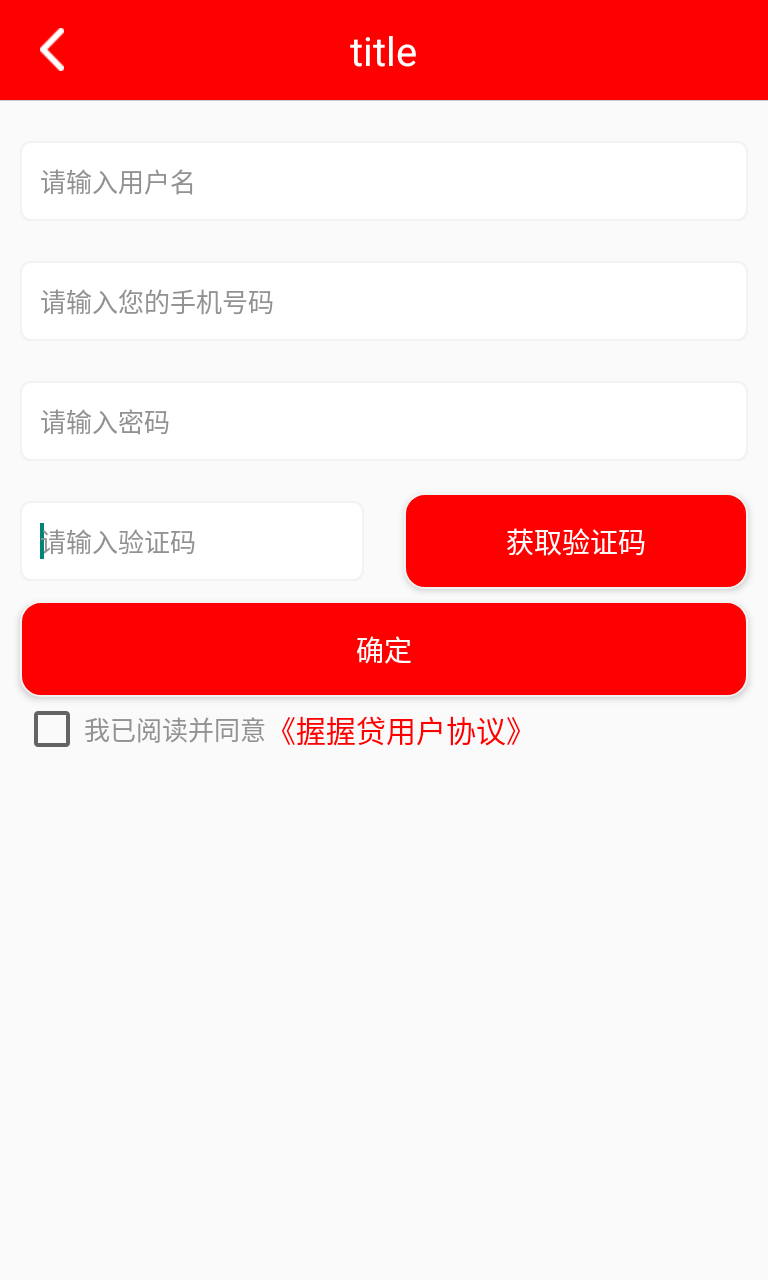
Repository: 971758118/git_wowodai
Layout: wowodai/res/layout/main_register2.xml
The author's editor kept a copy of each file at every save. The layout is drawn from the files as they stood at one save, then again after the next save.
It is drawn on a 768 x 1280 px phone screen (xhdpi) without system bars, with theme AppTheme; the app's code is not run.

Above is the layout before, as saved 2014-11-26 08:22:07.

### wowodai/res/layout/main_register2.xml
<?xml version="1.0" encoding="utf-8"?>
<LinearLayout xmlns:android="http://schemas.android.com/apk/res/android"
    android:layout_width="match_parent"
    android:layout_height="match_parent"
    android:orientation="vertical" >

    <RelativeLayout
        android:layout_width="match_parent"
        android:layout_height="@dimen/titleBar_height"
        android:background="@color/wowodai_text_red" >

        <LinearLayout
            android:id="@+id/layout_head_back"
            android:layout_width="50dp"
            android:layout_height="match_parent"
            android:layout_alignParentLeft="true"
            android:layout_centerVertical="true"
            android:orientation="horizontal" >

            <ImageView
                android:id="@+id/img_head_back"
                android:layout_width="wrap_content"
                android:layout_height="wrap_content"
                android:layout_gravity="center_vertical"
                android:layout_marginLeft="20dp"
                android:src="@drawable/back" />
        </LinearLayout>

        <TextView
            android:id="@+id/tv_head_title"
            android:layout_width="wrap_content"
            android:layout_height="wrap_content"
            android:layout_centerHorizontal="true"
            android:layout_centerVertical="true"
            android:text="title"
            android:textColor="@color/wowodai_text_white"
            android:textSize="20sp" />

        <TextView
            android:id="@+id/tv_head_ok"
            android:layout_width="wrap_content"
            android:layout_height="wrap_content"
            android:layout_alignParentRight="true"
            android:layout_centerVertical="true"
            android:layout_marginRight="20dp"
            android:text="完成"
            android:textColor="@color/wowodai_text_white"
            android:visibility="invisible" />

        <Button
            android:id="@+id/btn_head_ok"
            android:layout_width="wrap_content"
            android:layout_height="wrap_content"
            android:layout_alignParentRight="true"
            android:layout_centerVertical="true"
            android:layout_marginRight="10dp"
            android:textColor="@color/wowodai_text_grey"
            android:textSize="12sp"
            android:visibility="invisible" />
    </RelativeLayout>

    <TextView
        android:layout_width="match_parent"
        android:layout_height="0.5dp"
        android:layout_marginBottom="10dp"
        android:background="#cccccc" />

    <EditText
        android:id="@+id/et_name"
        android:layout_width="match_parent"
        android:layout_height="40dp"
        android:layout_margin="10dp"
        android:background="@drawable/shape_round_all"
        android:ems="10"
        android:hint="请输入用户名"
        android:paddingLeft="10dp"
        android:textColorHint="@color/wowodai_text_gray"
        android:textSize="13sp" >

        <requestFocus />
    </EditText>

    <EditText
        android:id="@+id/et_phone"
        android:layout_width="match_parent"
        android:layout_height="40dp"
        android:layout_margin="10dp"
        android:background="@drawable/shape_round_all"
        android:ems="10"
        android:hint="请输入您的手机号码"
        android:inputType="number"
        android:paddingLeft="10dp"
        android:textColorHint="@color/wowodai_text_gray"
        android:textSize="13sp" >

        <requestFocus />
    </EditText>

    <EditText
        android:id="@+id/et_pswd"
        android:layout_width="match_parent"
        android:layout_height="40dp"
        android:layout_margin="10dp"
        android:background="@drawable/shape_round_all"
        android:ems="10"
        android:hint="请输入密码"
        android:inputType="textPassword"
        android:paddingLeft="10dp"
        android:textColorHint="@color/wowodai_text_gray"
        android:textSize="13sp" >

        <requestFocus />
    </EditText>

    <LinearLayout
        android:layout_width="match_parent"
        android:layout_height="wrap_content"
        android:gravity="center_vertical"
        android:orientation="horizontal" >

        <EditText
            android:id="@+id/et_code"
            android:layout_width="0dp"
            android:layout_height="40dp"
            android:layout_margin="10dp"
            android:layout_weight="1"
            android:background="@drawable/shape_round_all"
            android:ems="10"
            android:hint="请输入验证码"
            android:inputType="number"
            android:paddingLeft="10dp"
            android:textColorHint="@color/wowodai_text_gray"
            android:textSize="13sp" >

            <requestFocus />
        </EditText>

        <Button
            android:id="@+id/btn_identifyingCode"
            android:layout_width="0dp"
            android:layout_height="wrap_content"
            android:layout_marginLeft="10dp"
            android:layout_marginRight="10dp"
            android:layout_weight="1"
            android:background="@drawable/shape_button_login"
            android:text="获取验证码"
            android:textColor="@color/wowodai_text_white" />
    </LinearLayout>

    <Button
        android:id="@+id/btn_ok"
        android:layout_width="match_parent"
        android:layout_height="wrap_content"
        android:layout_marginLeft="10dp"
        android:layout_marginRight="10dp"
        android:background="@drawable/shape_button_login"
        android:text="确定"
        android:textColor="@color/wowodai_text_white" />

    <LinearLayout
        android:layout_width="match_parent"
        android:layout_height="wrap_content" >

        <CheckBox
            android:id="@+id/ckb_ok"
            android:layout_width="wrap_content"
            android:layout_height="wrap_content"
            android:layout_gravity="center_vertical"
            android:layout_marginLeft="10dp"
            android:text="我已阅读并同意"
            android:textColor="@color/wowodai_text_gray"
            android:textSize="13sp" />

        <TextView
            android:id="@+id/tv_agreement"
            android:layout_width="wrap_content"
            android:layout_height="wrap_content"
            android:layout_gravity="center_vertical"
            android:text="《握握贷用户协议》"
            android:textColor="@color/wowodai_text_red"
            android:textSize="15sp" />
    </LinearLayout>

</LinearLayout>

### wowodai/res/values/styles.xml
<resources>

    <style name="AppTheme" parent="AppBaseTheme">
        <item name="android:windowNoTitle">true</item>
    </style>
    <!-- 自定义进度条 -->
    <style name="MyProgressBar" parent="@android:style/Widget.ProgressBar.Horizontal">
        <item name="android:maxHeight">50dip</item>
        <item name="android:minHeight">8dip</item>
        <item name="android:indeterminateOnly">false</item>
        <item name="android:indeterminateDrawable">@android:drawable/progress_indeterminate_horizontal</item>
        <item name="android:progressDrawable">@drawable/my_progressbar</item>
    </style>

    <!-- 九宫格锁屏 -->
    <style name="ButtonGreen" parent="@android:style/Widget.Button">
        <item name="android:textSize">18.0sp</item>
        <item name="android:textColor">@drawable/lockpattern_skin_color_button</item>
        <item name="android:background">@drawable/lockpattern_common_btn_green</item>
    </style>

    <!-- 九宫格锁屏 -->
    <style name="ButtonRed" parent="@android:style/Widget.Button">
        <item name="android:textSize">18.0sp</item>
        <item name="android:textColor">@drawable/lockpattern_skin_color_button</item>
        <item name="android:background">@drawable/lockpattern_common_btn_red</item>
    </style>

</resources>

### wowodai/res/values/dimens.xml
<resources>

    <!-- Default screen margins, per the Android Design guidelines. -->
    <dimen name="activity_horizontal_margin">16dp</dimen>
    <dimen name="activity_vertical_margin">16dp</dimen>
    <dimen name="titleBar_height">50dp</dimen>
    <dimen name="listItem_height">60dp</dimen>
    <dimen name="menu_height">60dp</dimen>

</resources>

### wowodai/res/values/colors.xml
<resources>

    <drawable name="trans">@color/color_hei_8</drawable>

    <color name="wowodai_text_black">#333333</color>
    <color name="wowodai_text_white">#ffffff</color>
    <color name="wowodai_text_gray">#929292</color>
    <color name="wowodai_text_grey">#CCCCCC</color>
    <color name="wowodai_text_red">#ff0000</color>
    <color name="wowodai_text_hint">#cccccc</color>
    <color name="gesture_background">#ff303237</color>
    <color name="color_hei_8">#00000000</color>
    <color name="title_bar">#FF0000</color>
    <color name="white">#ffffff</color>
    <!-- 白色 -->
    <color name="ivory">#FFFFF0</color>
    <!-- 象牙色 -->
    <color name="lightyellow">#FFFFE0</color>
    <!-- 亮黄色 -->
    <color name="yellow">#FFFF00</color>
    <!-- 黄色 -->
    <color name="snow">#FFFAFA</color>
    <!-- 雪白色 -->
    <color name="floralwhite">#FFFAF0</color>
    <!-- 花白色 -->
    <color name="lemonchiffon">#FFFACD</color>
    <!-- 柠檬绸色 -->
    <color name="cornsilk">#FFF8DC</color>
    <!-- 米绸色 -->
    <color name="seashell">#FFF5EE</color>
    <!-- 海贝色 -->
    <color name="lavenderblush">#FFF0F5</color>
    <!-- 淡紫红 -->
    <color name="papayawhip">#FFEFD5</color>
    <!-- 番木色 -->
    <color name="blanchedalmond">#FFEBCD</color>
    <!-- 白杏色 -->
    <color name="mistyrose">#FFE4E1</color>
    <!-- 浅玫瑰色 -->
    <color name="bisque">#FFE4C4</color>
    <!-- 桔黄色 -->
    <color name="moccasin">#FFE4B5</color>
    <!-- 鹿皮色 -->
    <color name="navajowhite">#FFDEAD</color>
    <!-- 纳瓦白 -->
    <color name="peachpuff">#FFDAB9</color>
    <!-- 桃色 -->
    <color name="gold">#FFD700</color>
    <!-- 金色 -->
    <color name="pink">#FFC0CB</color>
    <!-- 粉红色 -->
    <color name="lightpink">#FFB6C1</color>
    <!-- 亮粉红色 -->
    <color name="orange">#FFA500</color>
    <!-- 橙色 -->
    <color name="lightsalmon">#FFA07A</color>
    <!-- 亮肉色 -->
    <color name="darkorange">#FF8C00</color>
    <!-- 暗桔黄色 -->
    <color name="coral">#FF7F50</color>
    <!-- 珊瑚色 -->
    <color name="hotpink">#FF69B4</color>
    <!-- 热粉红色 -->
    <color name="tomato">#FF6347</color>
    <!-- 西红柿色 -->
    <color name="orangered">#FF4500</color>
    <!-- 红橙色 -->
    <color name="deeppink">#FF1493</color>
    <!-- 深粉红色 -->
    <color name="fuchsia">#FF00FF</color>
    <!-- 紫红色 -->
    <color name="magenta">#FF00FF</color>
    <!-- 红紫色 -->
    <color name="red">#FF0000</color>
    <!-- 红色 -->
    <color name="oldlace">#FDF5E6</color>
    <!-- 老花色 -->
    <color name="lightgoldenrodyellow">#FAFAD2</color>
    <!-- 亮金黄色 -->
    <color name="linen">#FAF0E6</color>
    <!-- 亚麻色 -->
    <color name="antiquewhite">#FAEBD7</color>
    <!-- 古董白 -->
    <color name="salmon">#FA8072</color>
    <!-- 鲜肉色 -->
    <color name="ghostwhite">#F8F8FF</color>
    <!-- 幽灵白 -->
    <color name="mintcream">#F5FFFA</color>
    <!-- 薄荷色 -->
    <color name="whitesmoke">#F5F5F5</color>
    <!-- 烟白色 -->
    <color name="beige">#F5F5DC</color>
    <!-- 米色 -->
    <color name="wheat">#F5DEB3</color>
    <!-- 浅黄色 -->
    <color name="sandybrown">#F4A460</color>
    <!-- 沙褐色 -->
    <color name="azure">#F0FFFF</color>
    <!-- 天蓝色 -->
    <color name="honeydew">#F0FFF0</color>
    <!-- 蜜色 -->
    <color name="aliceblue">#F0F8FF</color>
    <!-- 艾利斯兰 -->
    <color name="khaki">#F0E68C</color>
    <!-- 黄褐色 -->
    <color name="lightcoral">#F08080</color>
    <!-- 亮珊瑚色 -->
    <color name="palegoldenrod">#EEE8AA</color>
    <!-- 苍麒麟色 -->
    <color name="violet">#EE82EE</color>
    <!-- 紫罗兰色 -->
    <color name="darksalmon">#E9967A</color>
    <!-- 暗肉色 -->
    <color name="lavender">#E6E6FA</color>
    <!-- 淡紫色 -->
    <color name="lightcyan">#E0FFFF</color>
    <!-- 亮青色 -->
    <color name="burlywood">#DEB887</color>
    <!-- 实木色 -->
    <color name="plum">#DDA0DD</color>
    <!-- 洋李色 -->
    <color name="gainsboro">#DCDCDC</color>
    <!-- 淡灰色 -->
    <color name="crimson">#DC143C</color>
    <!-- 暗深红色 -->
    <color name="palevioletred">#DB7093</color>
    <!-- 苍紫罗兰色 -->
    <color name="goldenrod">#DAA520</color>
    <!-- 金麒麟色 -->
    <color name="orchid">#DA70D6</color>
    <!-- 淡紫色 -->
    <color name="thistle">#D8BFD8</color>
    <!-- 蓟色 -->
    <color name="lightgray">#D3D3D3</color>
    <!-- 亮灰色 -->
    <color name="lightgrey">#D3D3D3</color>
    <!-- 亮灰色 -->
    <color name="tan">#D2B48C</color>
    <!-- 茶色 -->
    <color name="chocolate">#D2691E</color>
    <!-- 巧可力色 -->
    <color name="peru">#CD853F</color>
    <!-- 秘鲁色 -->
    <color name="indianred">#CD5C5C</color>
    <!-- 印第安红 -->
    <color name="mediumvioletred">#C71585</color>
    <!-- 中紫罗兰色 -->
    <color name="silver">#C0C0C0</color>
    <!-- 银色 -->
    <color name="darkkhaki">#BDB76B</color>
    <!-- 暗黄褐色 -->
    <color name="rosybrown">#BC8F8F</color>
    <!-- 褐玫瑰红 -->
    <color name="mediumorchid">#BA55D3</color>
    <!-- 中粉紫色 -->
    <color name="darkgoldenrod">#B8860B</color>
    <!-- 暗金黄色 -->
    <color name="firebrick">#B22222</color>
    <!-- 火砖色 -->
    <color name="powderblue">#B0E0E6</color>
    <!-- 粉蓝色 -->
    <color name="lightsteelblue">#B0C4DE</color>
    <!-- 亮钢兰色 -->
    <color name="paleturquoise">#AFEEEE</color>
    <!-- 苍宝石绿 -->
    <color name="greenyellow">#ADFF2F</color>
    <!-- 黄绿色 -->
    <color name="lightblue">#ADD8E6</color>
    <!-- 亮蓝色 -->
    <color name="darkgray">#A9A9A9</color>
    <!-- 暗灰色 -->
    <color name="darkgrey">#A9A9A9</color>
    <!-- 暗灰色 -->
    <color name="brown">#A52A2A</color>
    <!-- 褐色 -->
    <color name="sienna">#A0522D</color>
    <!-- 赭色 -->
    <color name="darkorchid">#9932CC</color>
    <!-- 暗紫色 -->
    <color name="palegreen">#98FB98</color>
    <!-- 苍绿色 -->
    <color name="darkviolet">#9400D3</color>
    <!-- 暗紫罗兰色 -->
    <color name="mediumpurple">#9370DB</color>
    <!-- 中紫色 -->
    <color name="lightgreen">#90EE90</color>
    <!-- 亮绿色 -->
    <color name="darkseagreen">#8FBC8F</color>
    <!-- 暗海兰色 -->
    <color name="saddlebrown">#8B4513</color>
    <!-- 重褐色 -->
    <color name="darkmagenta">#8B008B</color>
    <!-- 暗洋红 -->
    <color name="darkred">#8B0000</color>
    <!-- 暗红色 -->
    <color name="blueviolet">#8A2BE2</color>
    <!-- 紫罗兰蓝色 -->
    <color name="lightskyblue">#87CEFA</color>
    <!-- 亮天蓝色 -->
    <color name="skyblue">#87CEEB</color>
    <!-- 天蓝色 -->
    <color name="gray">#808080</color>
    <!-- 灰色 -->
    <color name="grey">#808080</color>
    <!-- 灰色 -->
    <color name="olive">#808000</color>
    <!-- 橄榄色 -->
    <color name="purple">#800080</color>
    <!-- 紫色 -->
    <color name="maroon">#800000</color>
    <!-- 粟色 -->
    <color name="aquamarine">#7FFFD4</color>
    <!-- 碧绿色 -->
    <color name="chartreuse">#7FFF00</color>
    <!-- 黄绿色 -->
    <color name="lawngreen">#7CFC00</color>
    <!-- 草绿色 -->
    <color name="mediumslateblue">#7B68EE</color>
    <!-- 中暗蓝色 -->
    <color name="lightslategray">#778899</color>
    <!-- 亮蓝灰 -->
    <color name="lightslategrey">#778899</color>
    <!-- 亮蓝灰 -->
    <color name="slategray">#708090</color>
    <!-- 灰石色 -->
    <color name="slategrey">#708090</color>
    <!-- 灰石色 -->
    <color name="olivedrab">#6B8E23</color>
    <!-- 深绿褐色 -->
    <color name="slateblue">#6A5ACD</color>
    <!-- 石蓝色 -->
    <color name="dimgray">#696969</color>
    <!-- 暗灰色 -->
    <color name="dimgrey">#696969</color>
    <!-- 暗灰色 -->
    <color name="mediumaquamarine">#66CDAA</color>
    <!-- 中绿色 -->
    <color name="cornflowerblue">#6495ED</color>
    <!-- 菊兰色 -->
    <color name="cadetblue">#5F9EA0</color>
    <!-- 军兰色 -->
    <color name="darkolivegreen">#556B2F</color>
    <!-- 暗橄榄绿 -->
    <color name="indigo">#4B0082</color>
    <!-- 靛青色 -->
    <color name="mediumturquoise">#48D1CC</color>
    <!-- 中绿宝石 -->
    <color name="darkslateblue">#483D8B</color>
    <!-- 暗灰蓝色 -->
    <color name="steelblue">#4682B4</color>
    <!-- 钢兰色 -->
    <color name="royalblue">#4169E1</color>
    <!-- 皇家蓝 -->
    <color name="turquoise">#40E0D0</color>
    <!-- 青绿色 -->
    <color name="mediumseagreen">#3CB371</color>
    <!-- 中海蓝 -->
    <color name="limegreen">#32CD32</color>
    <!-- 橙绿色 -->
    <color name="darkslategray">#2F4F4F</color>
    <!-- 暗瓦灰色 -->
    <color name="darkslategrey">#2F4F4F</color>
    <!-- 暗瓦灰色 -->
    <color name="seagreen">#2E8B57</color>
    <!-- 海绿色 -->
    <color name="forestgreen">#228B22</color>
    <!-- 森林绿 -->
    <color name="lightseagreen">#20B2AA</color>
    <!-- 亮海蓝色 -->
    <color name="dodgerblue">#1E90FF</color>
    <!-- 闪兰色 -->
    <color name="midnightblue">#191970</color>
    <!-- 中灰兰色 -->
    <color name="aqua">#00FFFF</color>
    <!-- 浅绿色 -->
    <color name="cyan">#00FFFF</color>
    <!-- 青色 -->
    <color name="springgreen">#00FF7F</color>
    <!-- 春绿色 -->
    <color name="lime">#00FF00</color>
    <!-- 酸橙色 -->
    <color name="mediumspringgreen">#00FA9A</color>
    <!-- 中春绿色 -->
    <color name="darkturquoise">#00CED1</color>
    <!-- 暗宝石绿 -->
    <color name="deepskyblue">#00BFFF</color>
    <!-- 深天蓝色 -->
    <color name="darkcyan">#008B8B</color>
    <!-- 暗青色 -->
    <color name="teal">#008080</color>
    <!-- 水鸭色 -->
    <color name="green">#008000</color>
    <!-- 绿色 -->
    <color name="darkgreen">#006400</color>
    <!-- 暗绿色 -->
    <color name="blue">#0000FF</color>
    <!-- 蓝色 -->
    <color name="mediumblue">#0000CD</color>
    <!-- 中兰色 -->
    <color name="darkblue">#00008B</color>
    <!-- 暗蓝色 -->
    <color name="navy">#000080</color>
    <!-- 海军色 -->
    <color name="black">#000000</color>
    <!-- 黑色 -->

</resources>

### wowodai/res/drawable/shape_round_all.xml
<shape xmlns:android="http://schemas.android.com/apk/res/android"
    android:shape="rectangle" >

    <!-- android:shape 默认为矩形，可以设置为矩形（rectangle）、椭圆形(oval)、线性形状(line)、环形(ring) -->


    <!-- 填充颜色 -->
    <solid android:color="#ffffff" />

    <!-- 描边 -->
    <stroke
        android:width="1dip"
        android:color="#f2f2f2" />

    <!-- 内边距 -->
    <padding
        android:bottom="0dip"
        android:left="0dip"
        android:right="0dip"
        android:top="0dip" />

    <!-- 圆角 -->
    <corners android:radius="5dp" />

</shape>

### wowodai/res/drawable/shape_button_login.xml
<shape xmlns:android="http://schemas.android.com/apk/res/android"
    android:shape="rectangle" >

    <solid android:color="#ff0000" />

    <stroke
        android:width="1dip"
        android:color="#f2f2f2" />

    <padding
        android:bottom="0dp"
        android:left="0dp"
        android:right="0dp"
        android:top="0dp" />

    <corners android:radius="10dp" />

</shape>

Loaded but not shown: wowodai/res/values-v11/styles.xml (common file); wowodai/res/values-v14/styles.xml (common file)

After the next save:
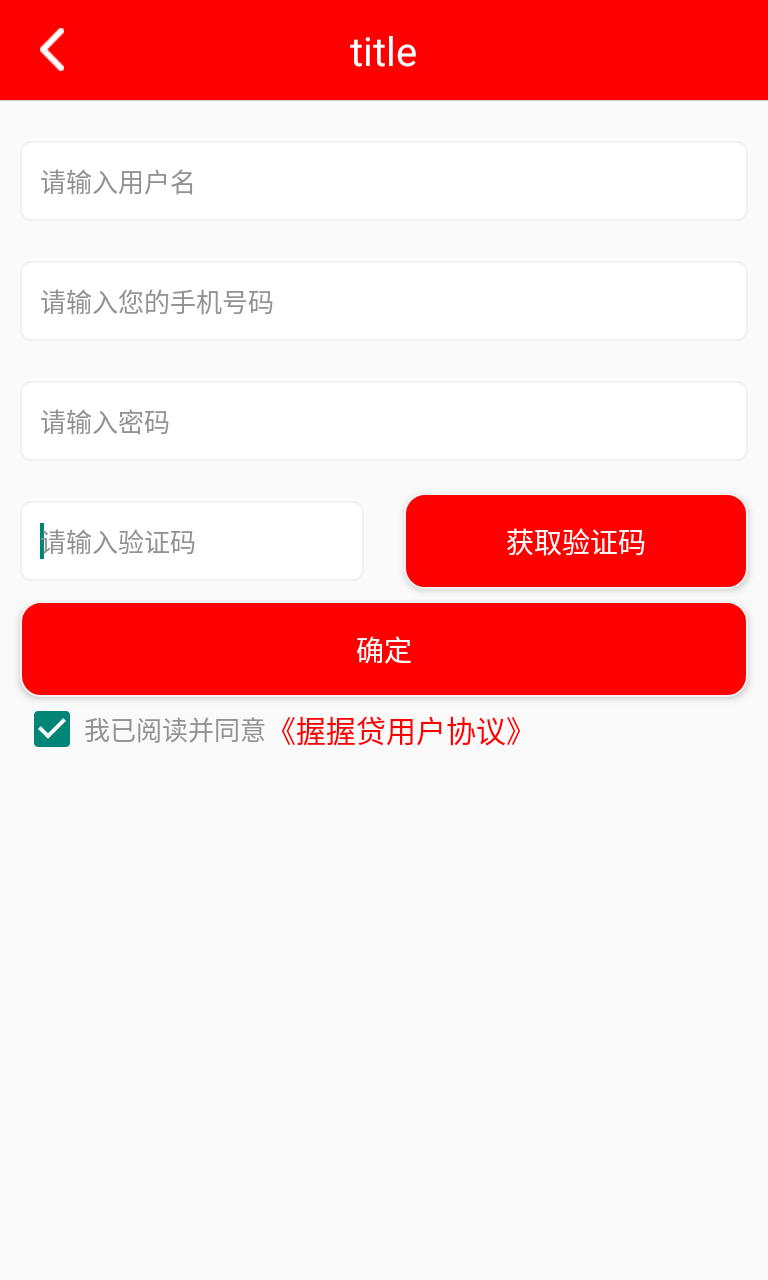
Saved 31 min 23 s later.
--- a/wowodai/res/layout/main_register2.xml
+++ b/wowodai/res/layout/main_register2.xml
@@ -165,6 +165,7 @@
             android:id="@+id/ckb_ok"
             android:layout_width="wrap_content"
             android:layout_height="wrap_content"
+             android:checked="true"
             android:layout_gravity="center_vertical"
             android:layout_marginLeft="10dp"
             android:text="我已阅读并同意"
